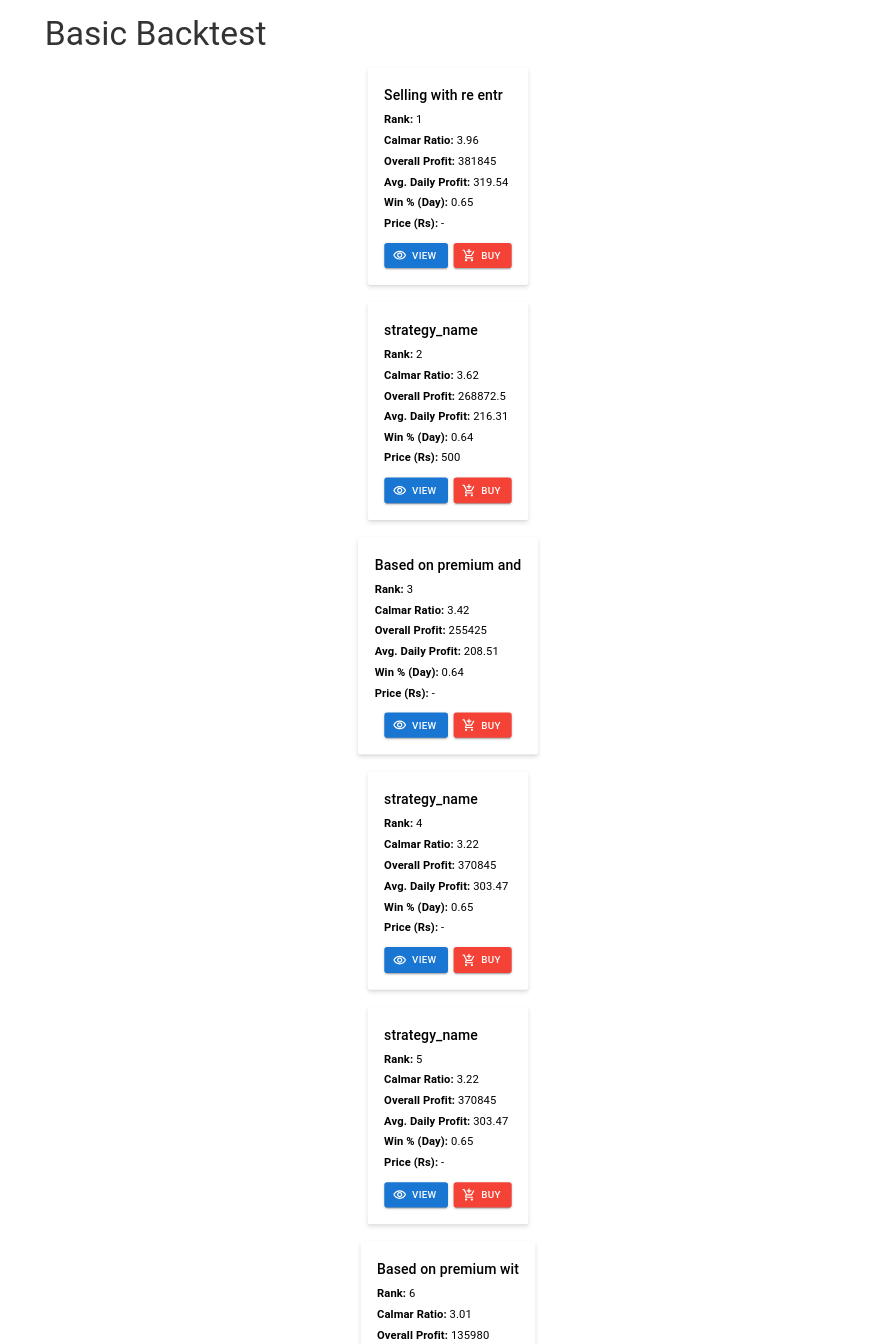
Repository: PraTEEkgUpTa2/Leaderboard
Page: /
An editor plug-in stored every save of this project. The page is shown before and after the next save, followed by the edit.
The browser window is 1280 px wide. The pictures show the part of the page from y = 0 to 1920 px (the page is 3459 px tall before and 864 px after), at 70% of full size.
The project was rebuilt for these pictures with package versions that can differ from the ones it lists, and the page was loaded fresh each time. Also part of the build but not shown: src/App.css.

Above is the page before, as saved 2024-05-27 13:36:21.

After the next save:
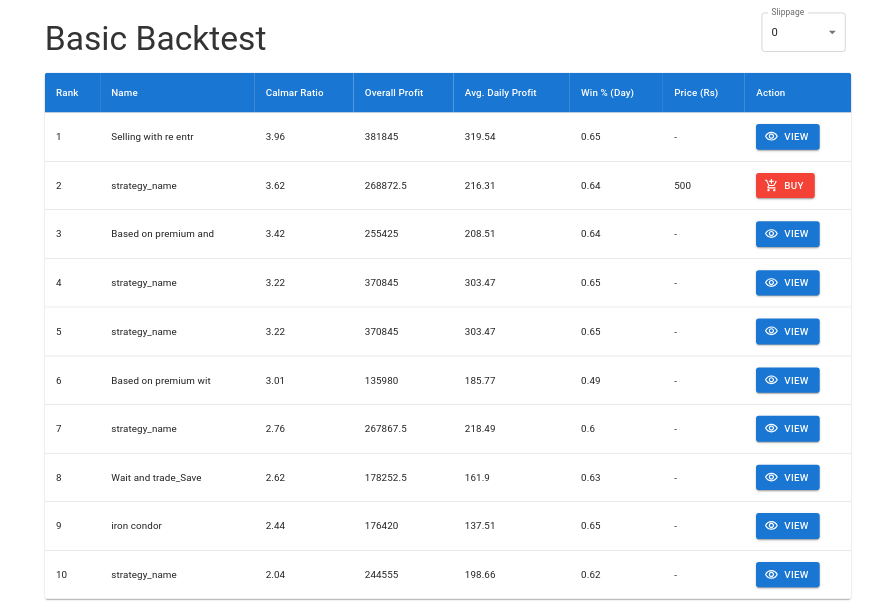
Saved 34 s later.
--- a/src/Leaderboard.js
+++ b/src/Leaderboard.js
@@ -1,19 +1,13 @@
 import React from 'react';
 import data from './data.json';
-import { Container, Typography, Box, Button } from '@mui/material';
+import { Container, Table, TableBody, TableCell, TableContainer, TableHead, TableRow, Paper, Button, Typography, FormControl, InputLabel, Select, MenuItem, Box } from '@mui/material';
 import { VisibilityOutlined, AddShoppingCartOutlined } from '@mui/icons-material';
 import { styled } from '@mui/system';
 
-const StrategyItem = styled(Box)(({ theme }) => ({
-  backgroundColor: theme.palette.background.paper,
-  borderRadius: theme.shape.borderRadius,
-  padding: theme.spacing(3),
-  marginBottom: theme.spacing(3),
-  boxShadow: `0 4px 6px rgba(0, 0, 0, 0.1), 0 1px 3px rgba(0, 0, 0, 0.08)`,
-  transition: 'transform 0.3s',
-  '&:hover': {
-    transform: 'scale(1.05)',
-    boxShadow: `0 8px 12px rgba(0, 0, 0, 0.15), 0 4px 6px rgba(0, 0, 0, 0.1)`,
+const StyledTableHead = styled(TableHead)(({ theme }) => ({
+  backgroundColor: theme.palette.primary.main,
+  '& .MuiTableCell-root': {
+    color: theme.palette.common.white,
   },
 }));
 
@@ -42,44 +36,64 @@ const BuyButton = styled(Button)(({ theme }) => ({
 const Leaderboard = () => {
   return (
     <Container>
-      <Typography variant="h3" style={{ color: '#333', marginTop: '20px', marginBottom: '20px' }}>
-        Basic Backtest
-      </Typography>
-      <Box display="flex" flexDirection="column" alignItems="center">
-        {data.map((strategy, index) => (
-          <StrategyItem key={index}>
-            <Typography variant="h6" gutterBottom>
-              {strategy.Name}
-            </Typography>
-            <Typography variant="body1" gutterBottom>
-              <strong>Rank:</strong> {strategy.Rank}
-            </Typography>
-            <Typography variant="body1" gutterBottom>
-              <strong>Calmar Ratio:</strong> {strategy["Calmar Ratio"]}
-            </Typography>
-            <Typography variant="body1" gutterBottom>
-              <strong>Overall Profit:</strong> {strategy["Overall Profit"]}
-            </Typography>
-            <Typography variant="body1" gutterBottom>
-              <strong>Avg. Daily Profit:</strong> {strategy["Avg. Daily Profit"]}
-            </Typography>
-            <Typography variant="body1" gutterBottom>
-              <strong>Win % (Day):</strong> {strategy["Win %(Day)"]}
-            </Typography>
-            <Typography variant="body1" gutterBottom>
-              <strong>Price (Rs):</strong> {strategy["Price (Rs)"] ? strategy["Price (Rs)"] : '-'}
-            </Typography>
-            <Box display="flex" justifyContent="center" marginTop="16px">
-              <ViewButton startIcon={<VisibilityOutlined />} variant="contained" sx={{ mr: 1 }}>
-                View
-              </ViewButton>
-              <BuyButton startIcon={<AddShoppingCartOutlined />} variant="contained">
-                Buy
-              </BuyButton>
-            </Box>
-          </StrategyItem>
-        ))}
+      <Box display="flex" justifyContent="space-between" alignItems="center">
+        <Typography variant="h3" style={{ color: '#333', marginTop: '20px' }}>
+          Basic Backtest
+        </Typography>
+        <FormControl sx={{ m: 1, minWidth: 120 }}>
+          <InputLabel id="slippage-label">Slippage</InputLabel>
+          <Select
+            labelId="slippage-label"
+            id="slippage-select"
+            defaultValue={0}
+            label="Slippage"
+          >
+            <MenuItem value={0}>0</MenuItem>
+            <MenuItem value={0.5}>0.5</MenuItem>
+            <MenuItem value={1}>1</MenuItem>
+          </Select>
+        </FormControl>
       </Box>
+      <TableContainer component={Paper} style={{ marginTop: '20px' }}>
+        <Table aria-label="leaderboard table">
+          <StyledTableHead>
+            <TableRow>
+              <TableCell>Rank</TableCell>
+              <TableCell>Name</TableCell>
+              <TableCell>Calmar Ratio</TableCell>
+              <TableCell>Overall Profit</TableCell>
+              <TableCell>Avg. Daily Profit</TableCell>
+              <TableCell>Win % (Day)</TableCell>
+              <TableCell>Price (Rs)</TableCell>
+              <TableCell>Action</TableCell>
+            </TableRow>
+          </StyledTableHead>
+          <TableBody>
+            {data.map((row) => (
+              <TableRow key={row.Rank} style={{ transition: 'background-color 0.3s' }}>
+                <TableCell>{row.Rank}</TableCell>
+                <TableCell>{row.Name}</TableCell>
+                <TableCell>{row["Calmar Ratio"]}</TableCell>
+                <TableCell>{row["Overall Profit"]}</TableCell>
+                <TableCell>{row["Avg. Daily Profit"]}</TableCell>
+                <TableCell>{row["Win %(Day)"]}</TableCell>
+                <TableCell>{row["Price (Rs)"] ? row["Price (Rs)"] : '-'}</TableCell>
+                <TableCell>
+                  {row.Action === 'View' ? (
+                    <ViewButton startIcon={<VisibilityOutlined />} variant="contained">
+                      View
+                    </ViewButton>
+                  ) : (
+                    <BuyButton startIcon={<AddShoppingCartOutlined />} variant="contained">
+                      Buy
+                    </BuyButton>
+                  )}
+                </TableCell>
+              </TableRow>
+            ))}
+          </TableBody>
+        </Table>
+      </TableContainer>
     </Container>
   );
 };
